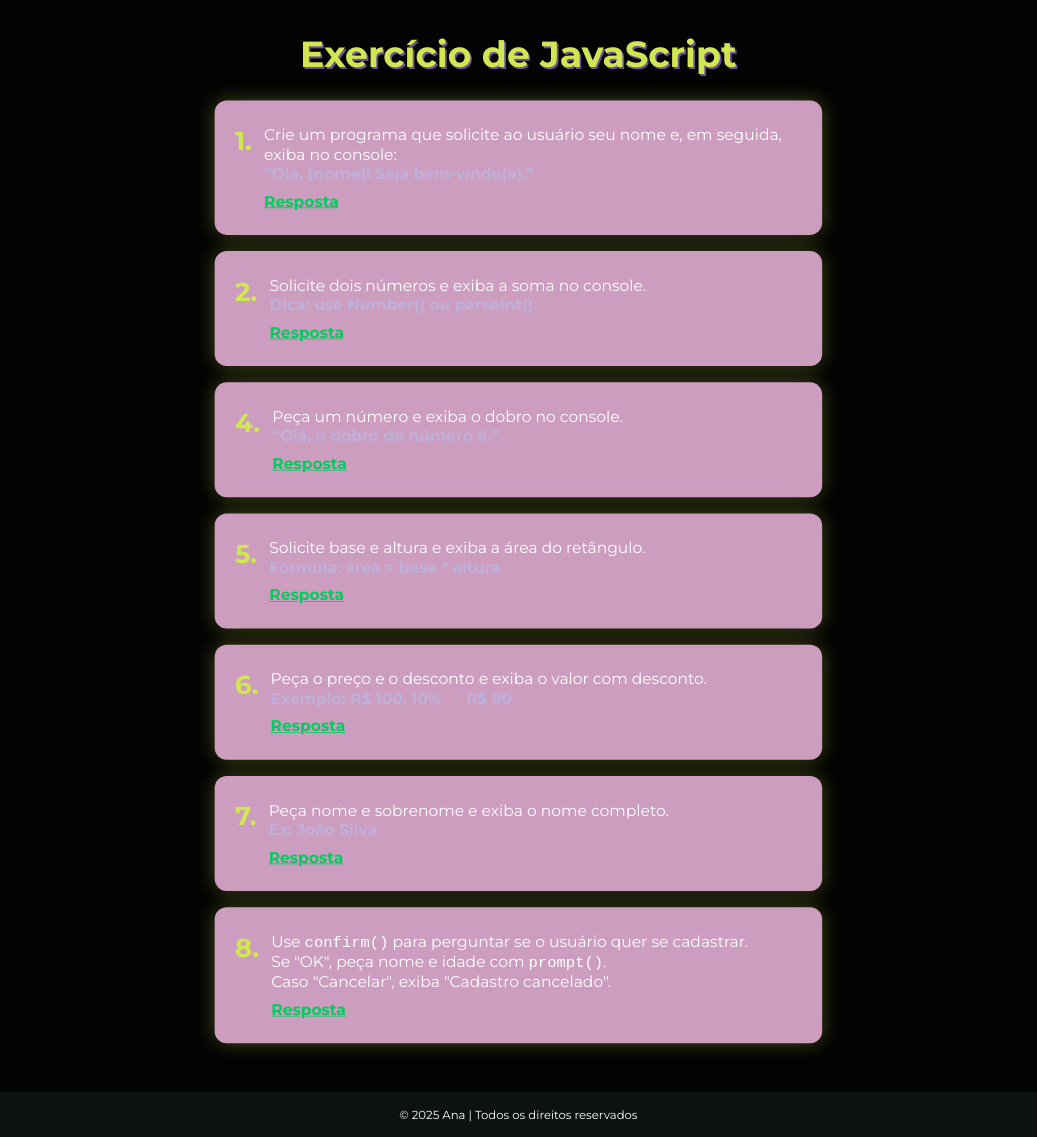
Repository: Anajaraa/atividadeJS
Page: index.html
An editor plug-in stored every save of this project. The page is shown before and after the next save, followed by the edit.
The browser window is 1280 px wide. The pictures show the whole page, at 81% of full size.

Above is the page before, as saved 2025-08-05 13:51:24.

After the next save:
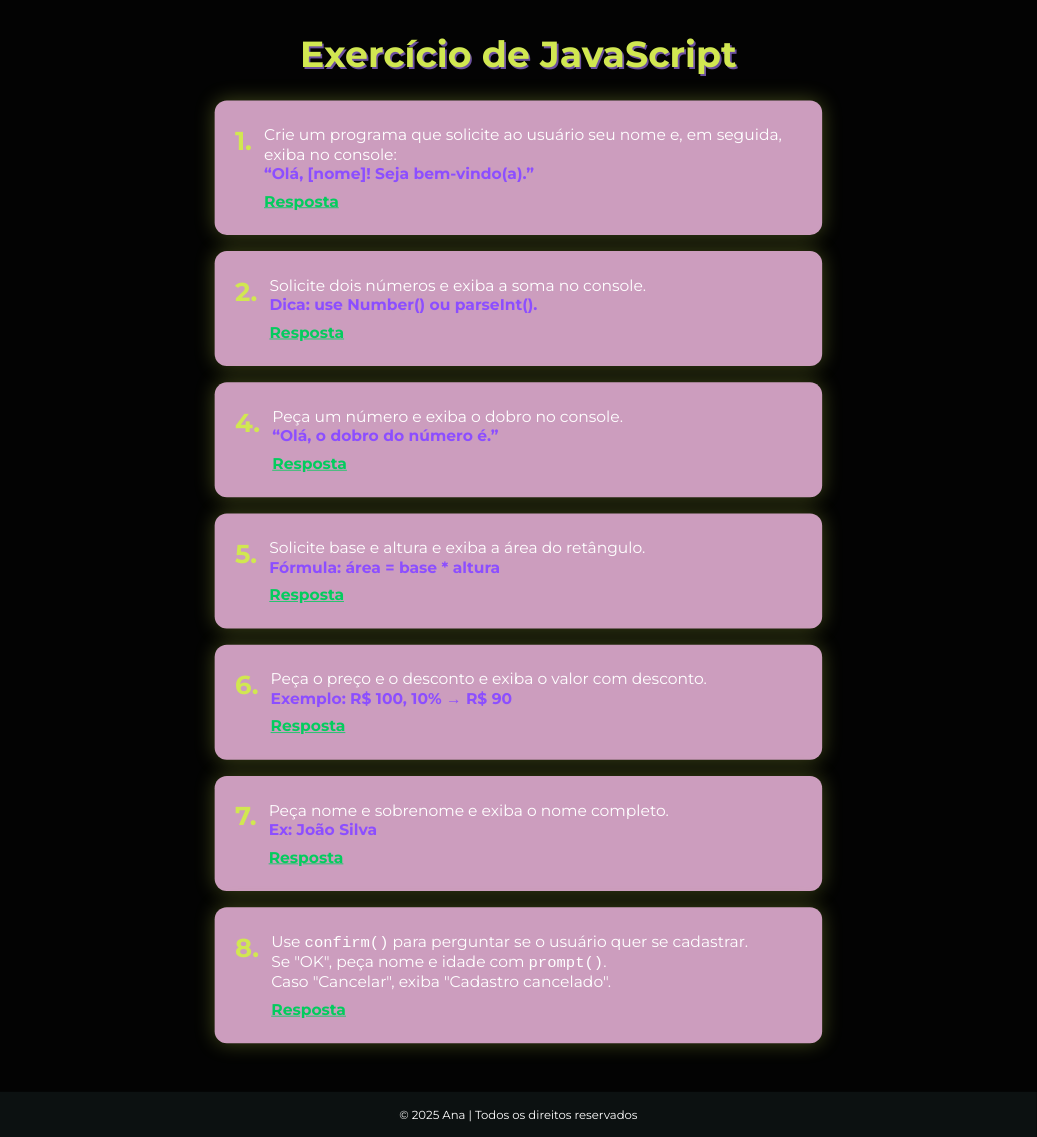
Saved 18 s later.
--- a/style.css
+++ b/style.css
@@ -68,7 +68,7 @@ h1 {
 }
 
 .descricao strong {
-  color: #bfb0da;
+  color: #8c4eff;
   font-weight: bold;
 }
 
